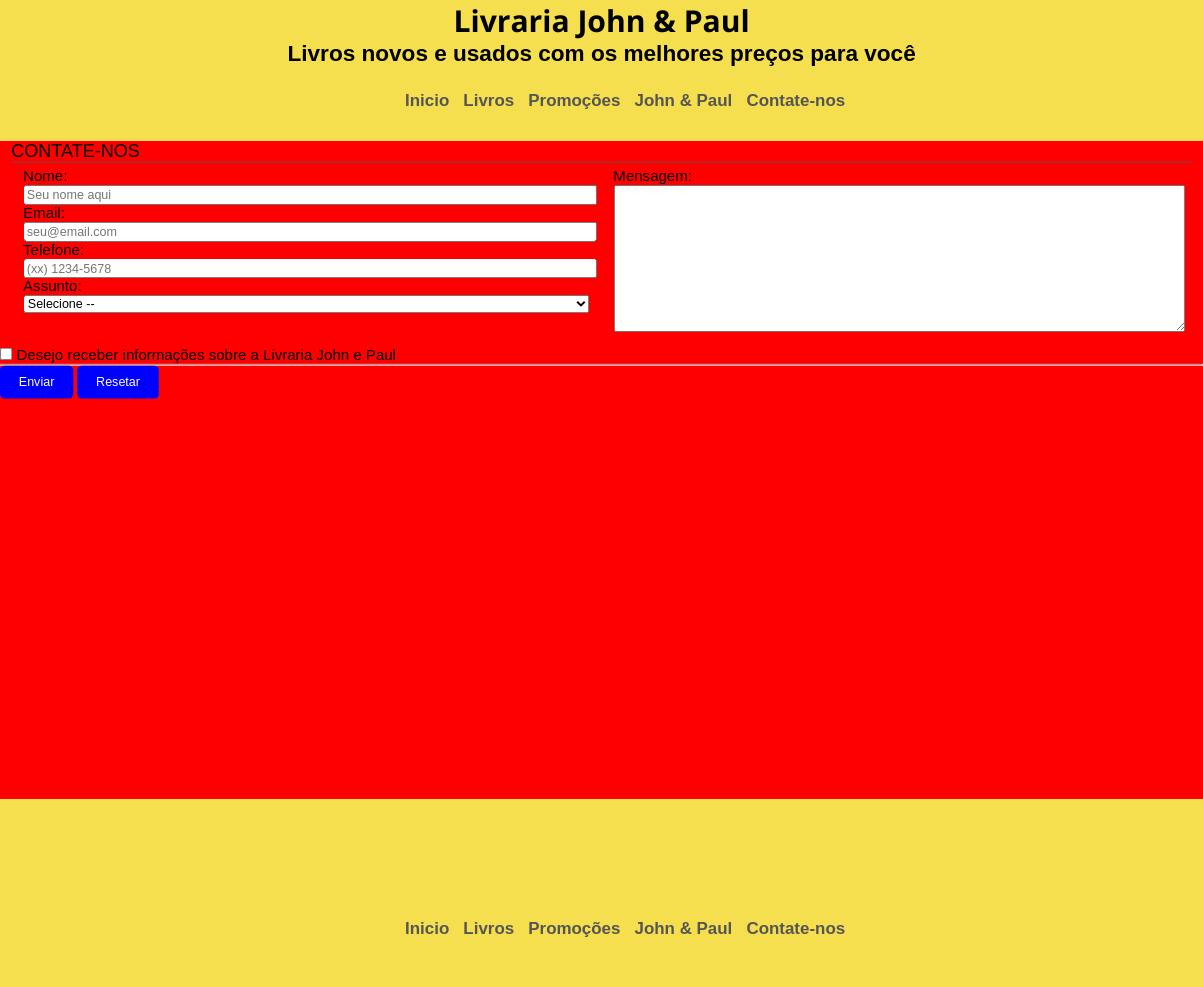
Repository: MarcoantonioCaldeira/Site-livraria-John-e-Paul
Page: contato.html
These files come from the project's save history. The page is drawn as it stood at one moment and after the next save; the edit follows.
The browser window is 1280 px wide. The pictures show the whole page, at 94% of full size.

Above is the page before, as saved 2022-09-25 10:57:22.

### contato.html
<!doctype html>
<html dir="ltr" lang="pt-BR">
<head>
   <meta charset="utf-8">
   <meta name="viewport" content="width=device-width, initial-scale=1.0">

   <title>Meu Primeiro Projeto</title>
   <link rel="stylesheet" href="css/estilo.css">
</head>
<body>
<header id="topo">
   <h1 class="textoVermelho center"> Livraria John & Paul</h1>
   <h2 class="center">Livros novos e usados com os melhores preços para você</h2>

<nav id="menu">
   <ul>
      <li><a href="index.html">Inicio</a></li>
      <li><a href="produtos.html">Livros</a></li>
      <li><a href="#">Promoções</a></li>
      <li><a href="sobre.html">John & Paul</a></li>
      <li><a href="contato.html">Contate-nos</a></li>
   </ul>
</nav>
</header>
<section class="section-contato">
   <form>
      <fieldset class="fieldset">
         <legend>Contate-nos</legend>
         <div>
            <label for="nome">Nome:</label>
            <input type="text" name="nome" id="nome" placeholder="Seu nome aqui">
            <label for="email">Email:</label>
            <input type="email" name="email" id="email" placeholder="seu@email.com">
            <label for="tel">Telefone:</label>
            <input type="tel" name="tel" id="tel" placeholder="(xx) 1234-5678" >
            <label for="assunto">Assunto:</label>
            <select name="assunto" id="assunto">
               <option selected="selected">Selecione --</option>
               <option>Trocas</option>
               <option>Atendimento</option>
               <option>Comercial</option>
               <option>Outros</option>
            </select>
         </div>
         <div>
            <label for="msg">Mensagem:</label>
            <textarea name="msg" id="msg" cols="20" rows="10"></textarea>
         </div>
      </fieldset>
      <input type="checkbox" name="news" id="news">
      <label for="news">Desejo receber informações sobre a Livraria John e Paul</label>
      <hr>
      <button type="submit">Enviar</button>
      <button type="reset">Resetar</button>
   </form>
</section>
<footer id="rodape">
   <ul class="ul_rodape">
      <li><a href="index.html">Inicio</a></li>
      <li><a href="produtos.html">Livros</a></li>
      <li><a href="#">Promoções</a></li>
      <li><a href="sobre.html">John & Paul</a></li>
      <li><a href="contato.html">Contate-nos</a></li>
   </ul>
</footer>
</body>
</html>

### css/estilo.css
/* Import font from google */
@import url(http://fonts.googleapis.com/css?family=Open+Sans:400,300,700);

*{
   margin: 0;
}


body{
   background-color:  rgb(240, 224, 224);
   font-family: sans-serif;
   margin: 0;
   padding: 0;
}
h1,h3,h4,h5,h6{
   font-family: 'Open Sans', sans-serif;
}

.h2_destaque{
   margin-left: 45%;
   margin-top: 5%;
   color:#555;
   font-family: 'Open Sans', sans-serif;
}

#topo{
   background-color: #f5df4e;
   width: 100%;
   height:150px;
   margin:0 auto;
}

.destaques{
   background-color: rgb(240, 224, 224);
   width: 100%;
   height:1300px;
}


#menu{
   width:50%;
   text-align: center;
   margin-top: 2%;
   margin-left: 25%;
   height:50px;
}

a{
   font-weight:600;
   text-decoration: none;
   margin-left: 10px;
   font-family: arial;
   color:#555;
}

#menu li{
   display:inline;
}
.destaques li{
   width: 50%;
   float: left;
   text-align: center;
   list-style: none;
   padding: 20px 0;
}

ul{
   font-size: 18px;
}


.ul_rodape{
   margin-top: 10%;
}

.destaques li strong{
   width: 100%;
   display: block;
}
.center{
   text-align: center;
}


form fieldset{
   border: none;
}
form legend{
   text-transform: uppercase;
   font-size: 1.2em;
   padding: 0;
   width: 100%;
   border-bottom: 1px solid #555;
}
form label, form input:not([type=checkbox]), form select, form textarea{
   width: 100%;
}
form div{
   width: 48%;
   margin: 0 1%;
   height: 180px;
   float: left;
}
button{
   padding: 10px 20px;
   background-color: blue;
   color: #fff;
   border: none;
   -webkit-border-radius: 5px;
   -moz-border-radius: 5px;
   border-radius: 5px;
}
#rodape{
   width: 100%;
   height: 200px;
   background-color:  #f5df4e;
   color: #ccc;
   float: left;
   text-align: center;
}

p{
   color: #555;
   line-height: 34px;
   margin-left: 4%;
}

li {
   display: inline;
}

/*Produtos*/

.produtos{

   height:600px;
}

table{
   position: relative;
   margin-left: 27%;
   top: 20%;
   background-color:rgb(240, 224, 224);
   border-radius: 5px;
   border: 1px solid #555;
}

tr, td{
   border: 1px solid #555;
}


/*Sobre*/


.sobre{
   width: 100%;
   height:1400px;
}

h4
{
   text-align: center;
}

.h1-sobre{
   margin-top: 6%;
   margin-left: 40%;
}

.section-info{
   position: relative;
   margin-left: 24%;
   margin-top: 4%;
   width: 50%;
   height:200px;
}


.h3-valores{
   margin-top: 6%;
   margin-left: 43%;
}

.section-valores{
   position: relative;
   margin-left: 24%;
   margin-top: 4%;
   width: 50%;
   height:200px;
}

.h3-valores-2{
   margin-top: 4%;
   margin-left: 47%;
}

.h3-missao{
   margin-top: 4%;
   margin-left: 47%;
}

.section-missao{
   position: relative;
   margin-left: 24%;
   margin-top: 4%;
   width: 50%;
   height:200px;
}


/*Contato*/

.section-contato{
   background-color:red;
   width: 100%;
   height: 700px;
}

@media  screen and (max-width: 750px){


   #main-menu {
      display: none;
    }
    #hamburger-menu {
      display: inline;
    }

   h2.center, h1.center{
      font-size: 19px;
      color: blue;
   }

   h2.h2_destaque{
      margin-left: 40%;
   }

   ul#ul_rodape{
      color: red;
   }

   p{
      color: black;
      margin-top: 20%;
      margin-left: 4%;
   }

}

After the next save:
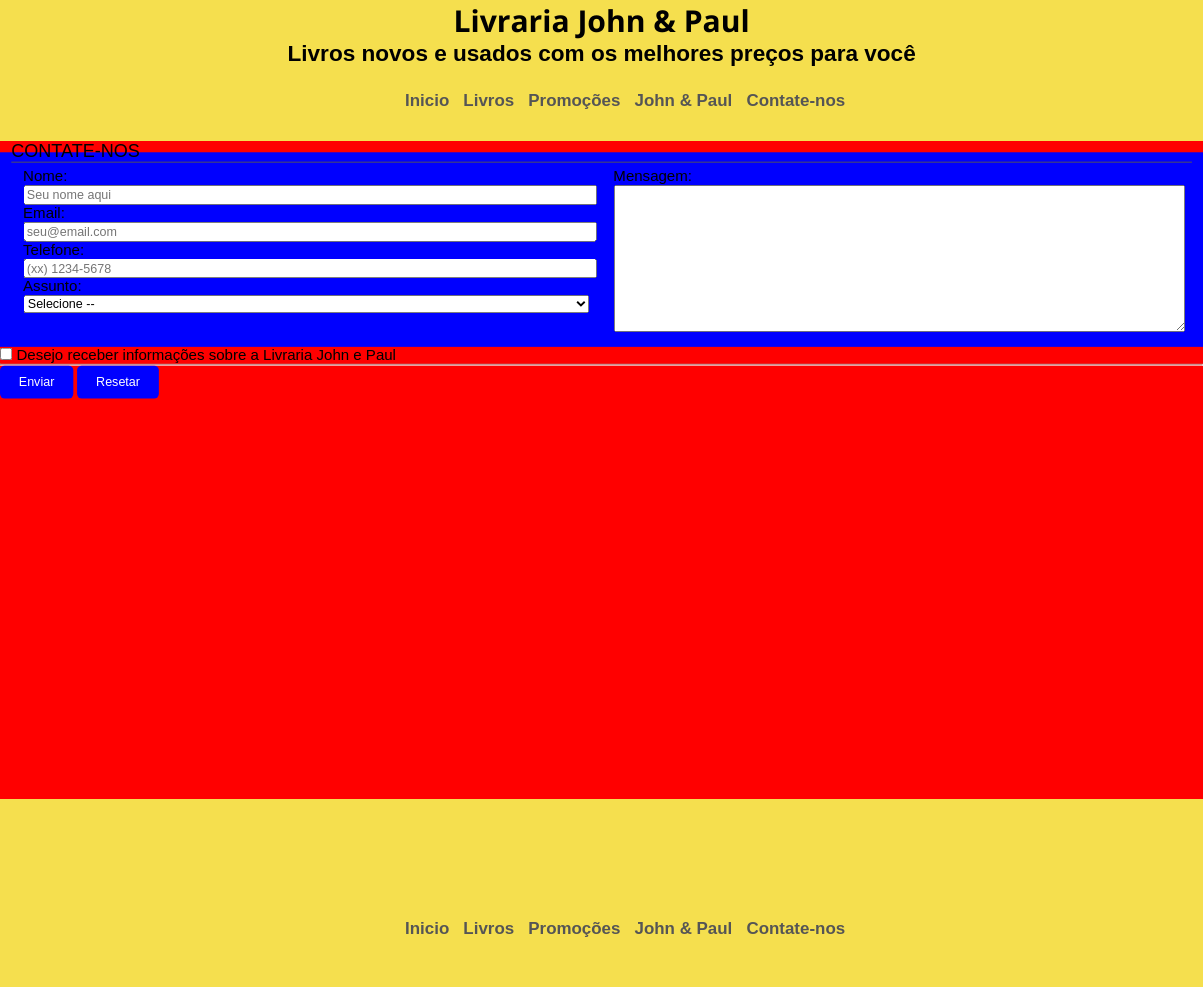
Saved 22 s later.
--- a/css/estilo.css
+++ b/css/estilo.css
@@ -217,6 +217,11 @@ h4
    height: 700px;
 }
 
+.fieldset{
+   background-color:blue;
+}
+
+
 @media  screen and (max-width: 750px){
 
 
